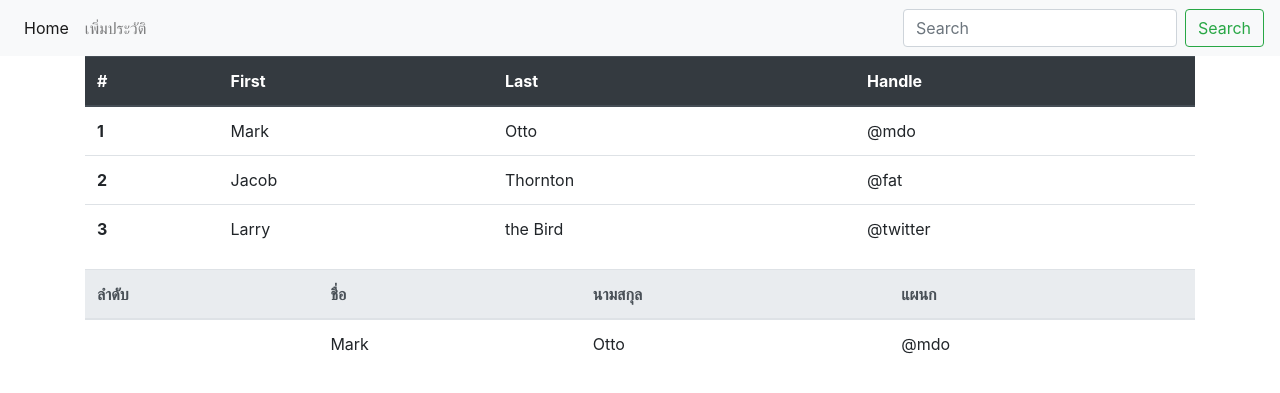
Repository: p2job/javawebapp
Page: http://localhost/demojsp/
The author's editor kept a copy of each file at every save. The page is drawn from the files as they stood at one save, then again after the next save.
The browser window is 1280 px wide. The pictures show the whole page.
The page is served by Tomcat 9.

Above is the page before, as saved 2020-07-31 08:53:50.

### demojsp/WebContent/index.jsp
  <%@page contentType="text/html" pageEncoding="UTF-8"%>
  <%@ page import="java.sql.*"  %>
<!DOCTYPE html>
<html>
<head>
<meta http-equiv="Content-Type" content="text/html; charset=UTF-8">
<meta name="viewport" content="width=device-width, initial-scale=1, shrink-to-fit=no">
<link rel="stylesheet" href="https://stackpath.bootstrapcdn.com/bootstrap/4.5.0/css/bootstrap.min.css" integrity="sha384-9aIt2nRpC12Uk9gS9baDl411NQApFmC26EwAOH8WgZl5MYYxFfc+NcPb1dKGj7Sk" crossorigin="anonymous">
<title>Insert title here</title>
</head>
<body>
	<nav class="navbar navbar-expand-lg navbar-light bg-light">
  <button class="navbar-toggler" type="button" data-toggle="collapse" data-target="#navbarTogglerDemo01" aria-controls="navbarTogglerDemo01" aria-expanded="false" aria-label="Toggle navigation">
    <span class="navbar-toggler-icon"></span>
  </button>
  <div class="collapse navbar-collapse" id="navbarTogglerDemo01">
    <ul class="navbar-nav mr-auto mt-2 mt-lg-0">
      <li class="nav-item active">
        <a class="nav-link" href="index.jsp">Home <span class="sr-only">(current)</span></a>
      </li>
      <li class="nav-item">
        <a class="nav-link" href="insert.jsp">เพิ่มประวัติ</a>
      </li>
    </ul>
    <form class="form-inline my-2 my-lg-0">
      <input class="form-control mr-sm-2" type="search" placeholder="Search" aria-label="Search">
      <button class="btn btn-outline-success my-2 my-sm-0" type="submit">Search</button>
    </form>
  </div>
</nav>
<div class="container">
<table class="table">
  <thead class="thead-dark">
    <tr>
      <th scope="col">#</th>
      <th scope="col">First</th>
      <th scope="col">Last</th>
      <th scope="col">Handle</th>
    </tr>
  </thead>
  <tbody>
    <tr>
      <th scope="row">1</th>
      <td>Mark</td>
      <td>Otto</td>
      <td>@mdo</td>
    </tr>
    <tr>
      <th scope="row">2</th>
      <td>Jacob</td>
      <td>Thornton</td>
      <td>@fat</td>
    </tr>
    <tr>
      <th scope="row">3</th>
      <td>Larry</td>
      <td>the Bird</td>
      <td>@twitter</td>
    </tr>
  </tbody>
</table>

<table class="table">
  <thead class="thead-light">
    <tr>
      <th scope="col">ลำดับ</th>
      <th scope="col">ชื่อ</th>
      <th scope="col">นามสกุล</th>
      <th scope="col">แผนก</th>
    </tr>
  </thead>
  <tbody>
    <tr>
      <th scope="row"></th>
      <td>Mark</td>
      <td>Otto</td>
      <td>@mdo</td>
    </tr>
  </tbody>
</table>
</div>
	<script src="https://code.jquery.com/jquery-3.5.1.slim.min.js" integrity="sha384-DfXdz2htPH0lsSSs5nCTpuj/zy4C+OGpamoFVy38MVBnE+IbbVYUew+OrCXaRkfj" crossorigin="anonymous"></script>
    <script src="https://cdn.jsdelivr.net/npm/popper.js@1.16.0/dist/umd/popper.min.js" integrity="sha384-Q6E9RHvbIyZFJoft+2mJbHaEWldlvI9IOYy5n3zV9zzTtmI3UksdQRVvoxMfooAo" crossorigin="anonymous"></script>
    <script src="https://stackpath.bootstrapcdn.com/bootstrap/4.5.0/js/bootstrap.min.js" integrity="sha384-OgVRvuATP1z7JjHLkuOU7Xw704+h835Lr+6QL9UvYjZE3Ipu6Tp75j7Bh/kR0JKI" crossorigin="anonymous"></script>
</body>
</html>

After the next save:
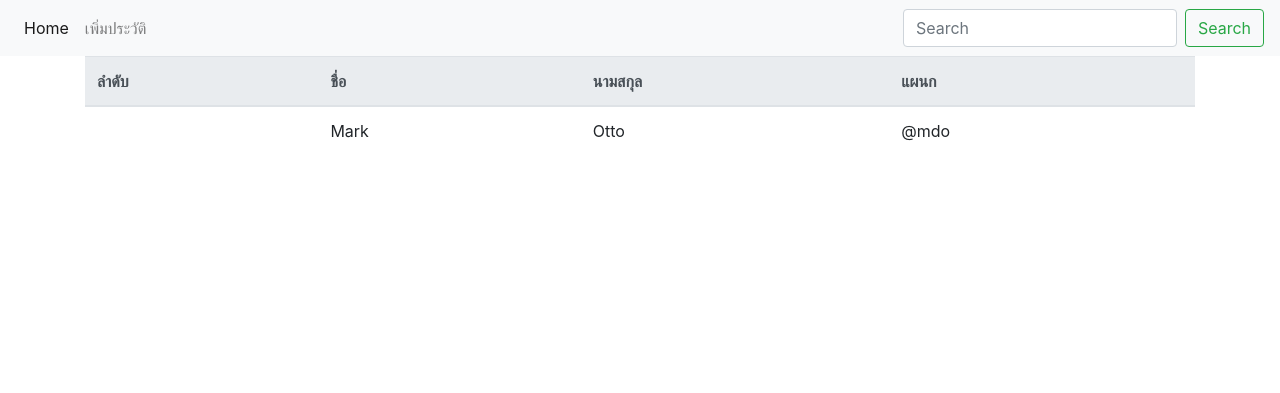
Saved 24 s later.
--- a/demojsp/WebContent/index.jsp
+++ b/demojsp/WebContent/index.jsp
@@ -29,36 +29,6 @@
   </div>
 </nav>
 <div class="container">
-<table class="table">
-  <thead class="thead-dark">
-    <tr>
-      <th scope="col">#</th>
-      <th scope="col">First</th>
-      <th scope="col">Last</th>
-      <th scope="col">Handle</th>
-    </tr>
-  </thead>
-  <tbody>
-    <tr>
-      <th scope="row">1</th>
-      <td>Mark</td>
-      <td>Otto</td>
-      <td>@mdo</td>
-    </tr>
-    <tr>
-      <th scope="row">2</th>
-      <td>Jacob</td>
-      <td>Thornton</td>
-      <td>@fat</td>
-    </tr>
-    <tr>
-      <th scope="row">3</th>
-      <td>Larry</td>
-      <td>the Bird</td>
-      <td>@twitter</td>
-    </tr>
-  </tbody>
-</table>
 
 <table class="table">
   <thead class="thead-light">
